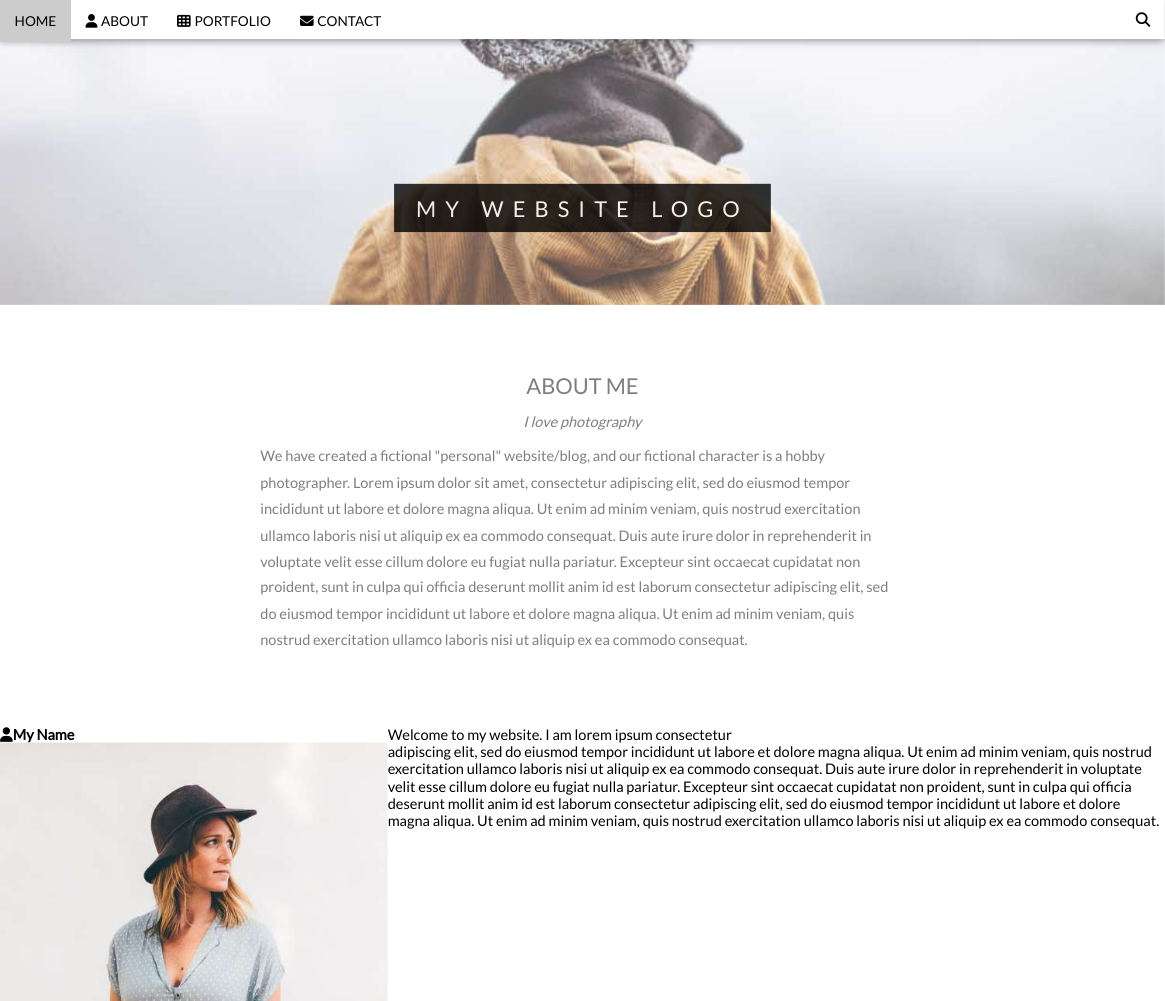
Repository: xd25vn/project-error
Page: index.html
An editor plug-in stored every save of this project. The page is shown before and after the next save, followed by the edit.
The browser window is 1280 px wide. The pictures show the whole page, at 91% of full size.

Above is the page before, as saved 2023-09-02 16:21:57.

After the next save:
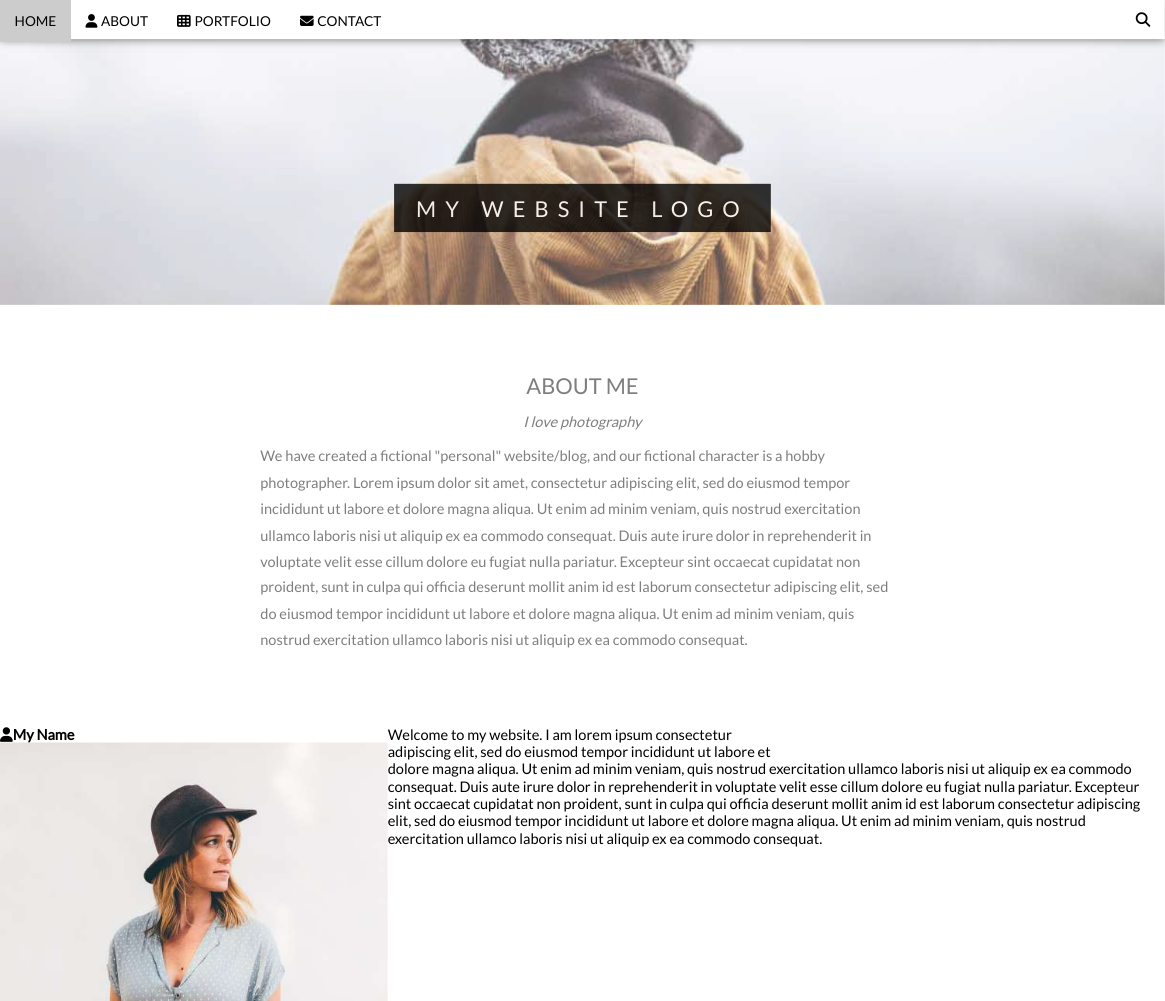
Saved 13 s later.
--- a/index.html
+++ b/index.html
@@ -48,7 +48,7 @@
             </div>
 
             <div class="pre-text-one">
-                <p>Welcome to my website. I am lorem ipsum consectetur<br> adipiscing elit, sed do eiusmod tempor incididunt ut labore et dolore magna aliqua. Ut enim ad minim veniam, quis nostrud exercitation ullamco laboris nisi ut aliquip ex ea commodo consequat. Duis aute irure dolor in reprehenderit in voluptate velit esse cillum dolore eu fugiat nulla pariatur. Excepteur sint occaecat cupidatat non proident, sunt in culpa qui officia deserunt mollit anim id est laborum consectetur adipiscing elit, sed do eiusmod tempor incididunt ut labore et dolore magna aliqua. Ut enim ad minim veniam, quis nostrud exercitation ullamco laboris nisi ut aliquip ex ea commodo consequat.</p>
+                <p>Welcome to my website. I am lorem ipsum consectetur<br> adipiscing elit, sed do eiusmod tempor incididunt ut labore et<br> dolore magna aliqua. Ut enim ad minim veniam, quis nostrud exercitation ullamco laboris nisi ut aliquip ex ea commodo consequat. Duis aute irure dolor in reprehenderit in voluptate velit esse cillum dolore eu fugiat nulla pariatur. Excepteur sint occaecat cupidatat non proident, sunt in culpa qui officia deserunt mollit anim id est laborum consectetur adipiscing elit, sed do eiusmod tempor incididunt ut labore et dolore magna aliqua. Ut enim ad minim veniam, quis nostrud exercitation ullamco laboris nisi ut aliquip ex ea commodo consequat.</p>
             </div>
         </div>
 
